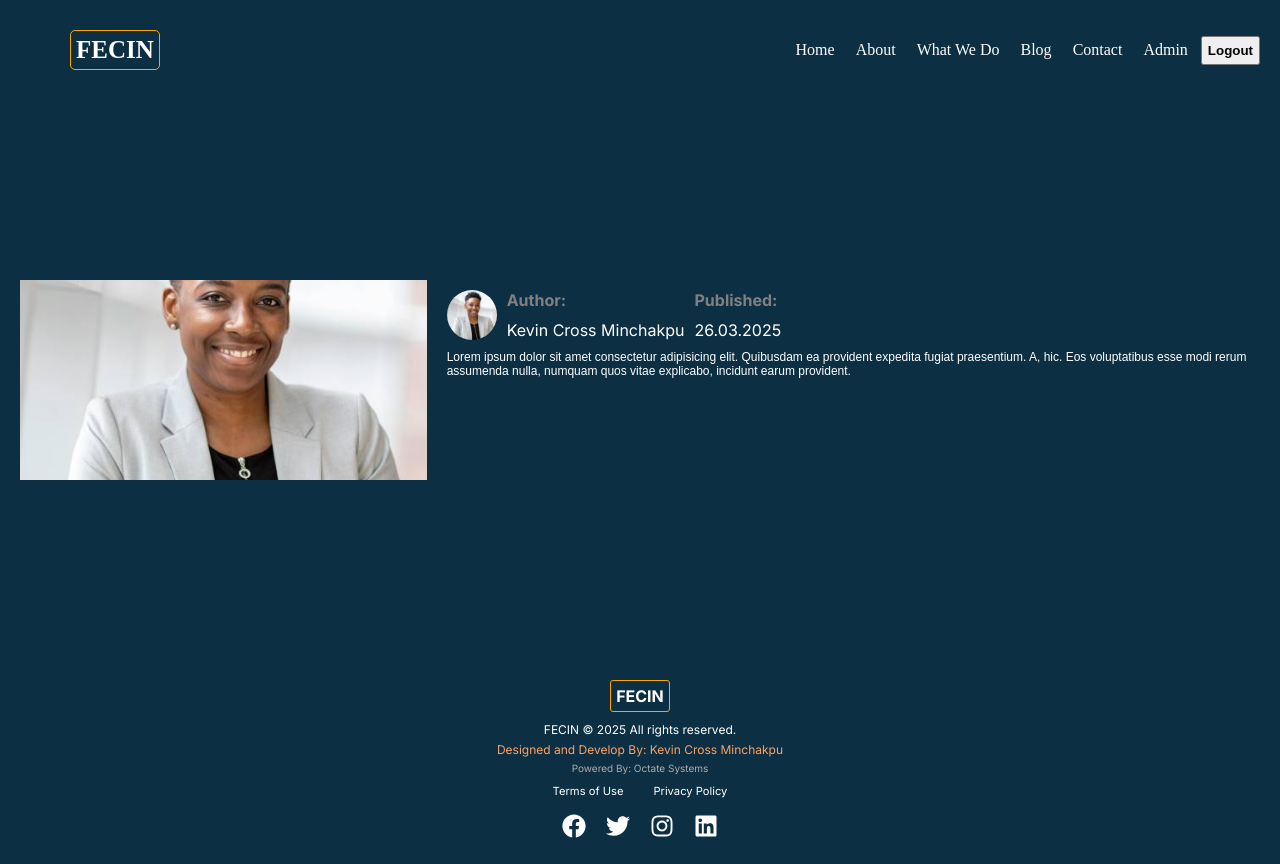
Repository: KCMinchakpu/fecin-projectgs497
Page: /blog/charity-mission
The author's editor kept a copy of each file at every save. The page is drawn from the files as they stood at one save, then again after the next save.
The browser window is 1280 px wide. The pictures show the whole page.
The project was rebuilt for these pictures with package versions that can differ from the ones it lists, and the page was loaded fresh each time. The framework's server and built-in components were replaced by stand-ins that run in the browser. Also part of the build but not shown: next.config.mjs.

Above is the page before, as saved 2025-04-02 18:07:56.

After the next save:
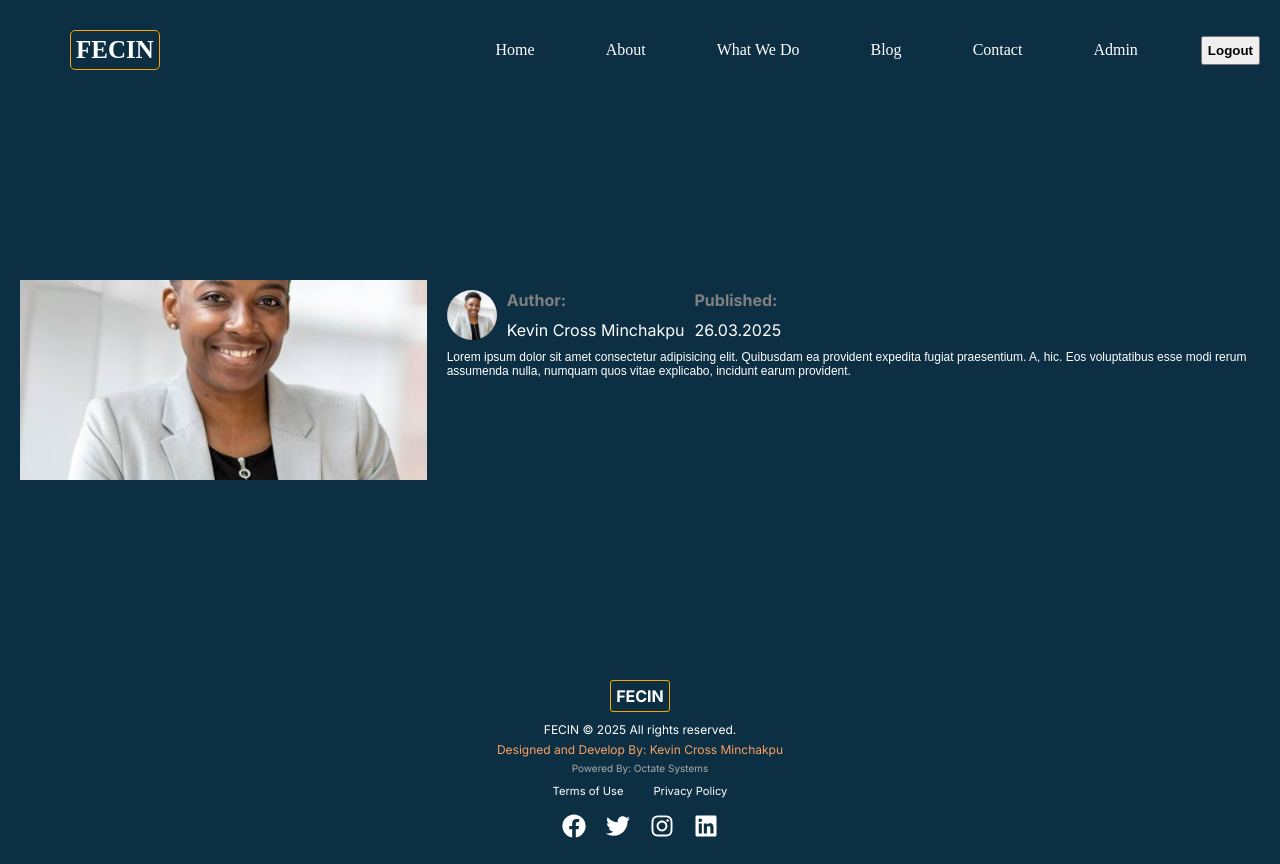
Saved 66 s later.
--- a/src/components/navbar/navLink/navLink.module.css
+++ b/src/components/navbar/navLink/navLink.module.css
@@ -1,6 +1,6 @@
 .container {
     padding: 8px;
-    text-align: center;
+    text-align: center;margin-right: 50px;
 
 }
 
